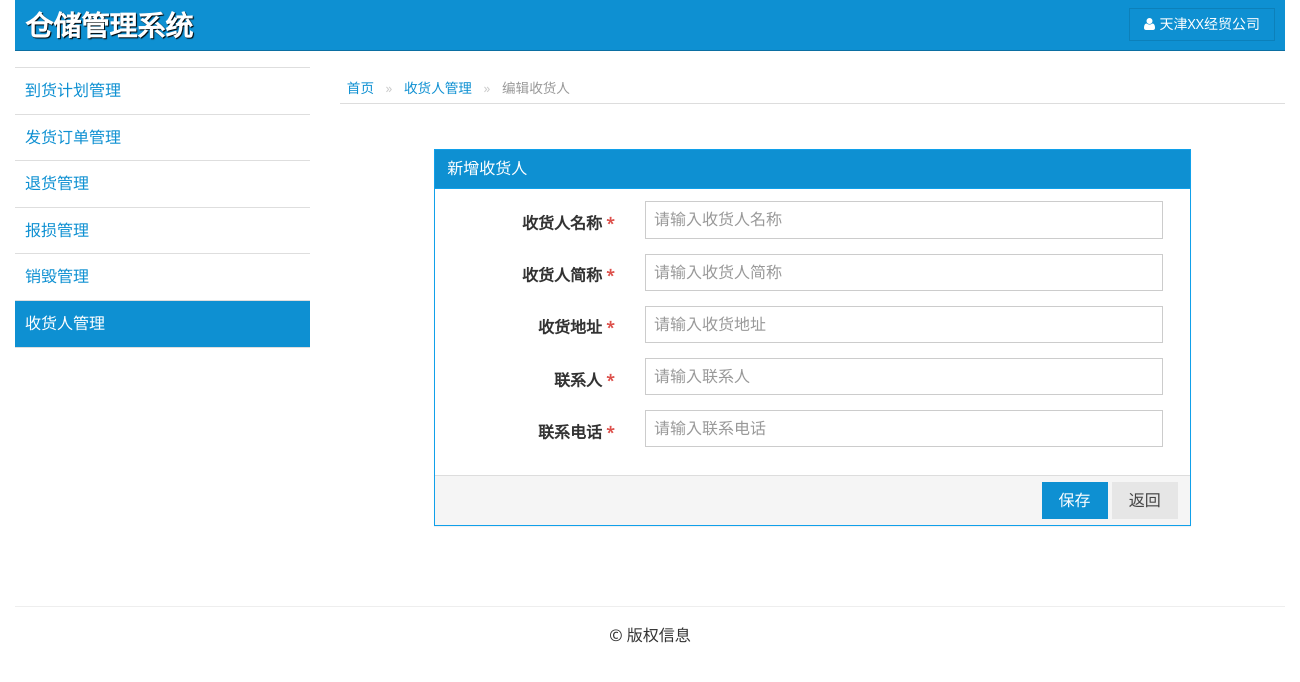
Repository: liuyouth/66
Page: http://localhost/syhz-web/WEB-INF/pages/recipient/edit.jsp
An editor plug-in stored every save of this project. The page is shown before and after the next save, followed by the edit.
The browser window is 1280 px wide. The page is 1300 px wide, so the pictures cover 1300 px, including what lies to the right of the window. The pictures show the whole page.
The page is served by Tomcat 9. Nobody is signed in. Other server files are loaded and not shown. The template is opened directly, without the code that normally fills it, so the values that code supplies are empty.

Above is the page before, as saved 2016-07-05 05:41:59.
Console error: SyntaxError: Unexpected token ';'

### syhz-web/WebContent/WEB-INF/pages/recipient/edit.jsp
<%@ page language="java" contentType="text/html; charset=UTF-8" pageEncoding="UTF-8"%>

<%@ include file="/WEB-INF/pages/inc/common.jspf"%>

</head>
<body class="am-container wm-container">

	<!-- header start -->
	<%@ include file="/WEB-INF/pages/inc/header.jsp"%>
	<!-- header end -->

	<div class="am-g">

		<!-- nav start -->
		<%@ include file="/WEB-INF/pages/inc/nav.jsp"%>
		<!-- nav end -->

		<div class="am-u-sm-9">
			<ol class="am-breadcrumb wm-breadcrumb">
				<li><a href="${basePath}/index/view">首页</a></li>
				<li><a href="${basePath}/recipient/list/view">收货人管理</a></li>
				<li class="am-active">编辑收货人</li>
			</ol>
			<hr class="wm-hr">
			<!-- context start -->
			<div class="am-u-sm-10 am-u-sm-centered">
				<form id="addForm" class="am-form wm-form am-form-horizontal" method="post" >
					<div class="am-panel am-panel-primary wm-panel">
						<div class="am-panel-hd">新增收货人</div>
						<div class="am-panel-bd">
							<div class="am-form-group">
								<label class="am-u-sm-3 am-form-label"> 收货人名称<span
									class="am-text-danger">&nbsp;*</span>
								</label>
								<div class="am-u-sm-9">
									<input type="hidden" name="recipientId" >
									<input type="text" name="recipientName" maxlength="50"
										datatype="*" placeholder="请输入收货人名称">
								</div>
							</div>
							<div class="am-form-group">
								<label class="am-u-sm-3 am-form-label"> 收货人简称<span
									class="am-text-danger">&nbsp;*</span>
								</label>
								<div class="am-u-sm-9">
									<input type="text" name="recipientCode" maxlength="20"
										datatype="*" placeholder="请输入收货人简称">
								</div>
							</div>
							<div class="am-form-group">
								<label class="am-u-sm-3 am-form-label"> 收货地址<span
									class="am-text-danger">&nbsp;*</span>
								</label>
								<div class="am-u-sm-9">
									<input type="text" name="recipientAddress" maxlength="100"
										datatype="*" placeholder="请输入收货地址">
								</div>
							</div>
							<div class="am-form-group">
								<label class="am-u-sm-3 am-form-label"> 联系人<span
									class="am-text-danger">&nbsp;*</span>
								</label>
								<div class="am-u-sm-9">
									<input type="text" name="recipientContact" maxlength="20"
										datatype="*" placeholder="请输入联系人">
								</div>
							</div>
							<div class="am-form-group">
								<label class="am-u-sm-3 am-form-label"> 联系电话<span
									class="am-text-danger">&nbsp;*</span>
								</label>
								<div class="am-u-sm-9">
									<input type="text" name="recipientContactPhone" maxlength="20"
										datatype="*" placeholder="请输入联系电话">
								</div>
							</div>
						</div>
						<footer class="am-panel-footer">
							<div class="am-g">
								<label class="am-u-sm-3 am-form-label"></label>
								<div class="am-u-sm-9" style="text-align: right;">
									<button type="button" id="submitBtn"
										class="am-btn am-btn-primary">保存</button>
									<button type="button" class="am-btn am-btn-default"
										onclick="javascript:history.back(-1);">返回</button>
								</div>
							</div>
						</footer>
					</div>
				</form>
			</div>
			<!-- context end -->
		</div>
	</div>

	<!-- modal start -->
	<%@ include file="/WEB-INF/pages/inc/modal.jsp"%>
	<!-- modal end -->

	<!-- footer start -->
	<%@ include file="/WEB-INF/pages/inc/footer.jsp"%>
	<!-- footer end -->
	<script type="text/javascript">
	var id = ${param.id};
	</script>
	<script type="text/javascript" src="${basePath }/js/app/recipient/edit.js"></script>
</body>
</html>

### syhz-web/WebContent/WEB-INF/pages/inc/common.jspf
<%@ page language="java" pageEncoding="utf-8"%>
<%
	String basePath = request.getContextPath();
	request.setAttribute("basePath", basePath);
%>
<!DOCTYPE html>
<html class="no-js">
<head>
	<meta charset="utf-8">
	<meta http-equiv="X-UA-Compatible" content="IE=edge">
	<meta name="description" content="">
	<meta name="keywords" content="">
	<!--<meta name="viewport" content="width=device-width, initial-scale=1.0, minimum-scale=1.0, maximum-scale=1.0, user-scalable=no">-->
	<title>仓储管理系统</title>
	<!-- Set render engine for 360 browser -->
	<meta name="renderer" content="webkit">
	<!-- No Baidu Siteapp-->
	<meta http-equiv="Cache-Control" content="no-siteapp"/>

	<link rel="stylesheet" href="${basePath }/js/lib/amaze/css/amazeui.min.css">
	<link rel="stylesheet" href="${basePath }/js/lib/amaze/css/app.css">

	<!-- datatables-master -->
	<link rel="stylesheet" href="${basePath }/js/lib/datatables-master/amazeui.datatables.min.css">

	<link rel="stylesheet" href="${basePath }/css/common.css">

	<script type="text/javascript" src="${basePath }/js/lib/jquery/jquery-1.10.0.js"></script>

	<!--[if (gte IE 9)|!(IE)]><!-->
	<script type="text/javascript" src="${basePath }/js/lib/amaze/js/jquery.min.js"></script>
	<!--<![endif]-->
	<!--[if lte IE 8 ]>
	<script type="text/javascript" src="http://cdn.staticfile.org/modernizr/2.8.3/modernizr.js"></script>
	<script type="text/javascript" src="${basePath }/js/lib/amaze/js/amazeui.ie8polyfill.min.js"></script>
	<![endif]-->
	<script type="text/javascript" src="${basePath }/js/lib/amaze/js/amazeui.min.js"></script>

	<!-- My97DatePicker -->
	<script type="text/javascript" src="${basePath }/js/lib/My97DatePicker/WdatePicker.js"></script>

	<!-- datatables-master -->
	<script type="text/javascript" src="${basePath }/js/lib/datatables-master/amazeui.datatables.min.js"></script>

	<!-- jquery form -->
	<script type="text/javascript" src="${basePath }/js/lib/jquery/jquery.form.js"></script>

	<!-- Validform -->
	<script type="text/javascript" src="${basePath }/js/lib/Validform/Validform_v5.3.2.js"></script>
	<script type="text/javascript" src="${basePath }/js/lib/Validform/Validform_Datatype.js"></script>

	<script>
	$.ajaxSetup ({
		cache: false //close AJAX cache
	});
	var basePath = "${basePath}";
	</script>

### syhz-web/WebContent/WEB-INF/pages/inc/header.jsp
<%@ page language="java" contentType="text/html; charset=UTF-8" pageEncoding="UTF-8"%>

<header id="hearderAnchor" class="am-topbar am-topbar-inverse">
	<h1 class="am-topbar-brand" style="color: #fff;">
		<strong style="cursor: pointer;font-size: 28px;text-shadow: 1px 1px 1px #000;">仓储管理系统</strong>
	</h1>
	<div class="am-fr" style="margin-right: 10px;">
		<div class="am-btn-group">
			<div class="am-dropdown" data-am-dropdown>
				<button class="am-btn am-btn-primary am-topbar-btn am-btn-sm am-dropdown-toggle" data-am-dropdown-toggle>
					<span class="am-icon-user"></span> 天津XX经贸公司
				</button>
				<ul class="am-dropdown-content">
					<li>
						<a href="javascript:showEditPasswordModal();">修改密码</a>
					</li>
					<li class="am-divider"></li>
					<li>
						<a href="${basePath}/login/view" >
							<span class="am-icon-power-off"></span> 退出
						</a>
					</li>
				</ul>
			</div>
		</div>
	</div>
</header>

<!-- edit password modal start -->
<div class="am-modal am-modal-prompt" tabindex="-1" id="headerEditPasswordModal">
	<div class="am-modal-dialog">
		<div class="am-modal-hd">修改密码</div>
		<div class="am-modal-bd wm-modal-bd">
			<form id="headerEditPasswordForm" class="am-form am-form-horizontal">
				<div class="am-form-group">
					<label class="am-u-sm-3 am-form-label">
						旧密码<span class="am-text-danger">&nbsp;*</span>
					</label>
					<div class="am-u-sm-9">
						<input type="text" placeholder="请输入旧密码">
					</div>
				</div>
				<div class="am-form-group">
					<label class="am-u-sm-3 am-form-label">
						新密码<span class="am-text-danger">&nbsp;*</span>
					</label>
					<div class="am-u-sm-9">
						<input type="text" placeholder="请输入新密码">
					</div>
				</div>
				<div class="am-form-group">
					<label class="am-u-sm-3 am-form-label">
						密码确认<span class="am-text-danger">&nbsp;*</span>
					</label>
					<div class="am-u-sm-9">
						<input type="text" placeholder="请再次输入新密码">
					</div>
				</div>
			</form>
		</div>
		<div class="am-modal-footer">
			<span class="am-modal-btn wm-modal-cancel-btn" data-am-modal-cancel>取消</span>
			<span class="wm-modal-btn" onclick="javascript:void(0);">确定</span>
		</div>
	</div>
</div>
<!-- edit password modal end -->

<script type="text/javascript" src="${basePath }/js/app/inc/header.js"></script>

### syhz-web/WebContent/WEB-INF/pages/inc/nav.jsp
<%@ page language="java" contentType="text/html; charset=UTF-8" pageEncoding="UTF-8"%>

<div class="am-u-sm-3">
	<ul class="am-list admin-sidebar-list" id="wm-nav">

		<li id="nav-1">
			<a href="javascript:void(0);" onclick="javascript:jumpTo('arrival_plan/list');">
				<span class="am-margin-left-sm">到货计划管理</span>
			</a>
		</li>

		<li id="nav-2">
			<a href="javascript:void(0);" onclick="javascript:jumpTo('deliver_order/list');">
				<span class="am-margin-left-sm">发货订单管理</span>
			</a>
		</li>

		<li id="nav-3">
			<a href="javascript:void(0);" onclick="javascript:jumpTo('return_goods/list');">
				<span class="am-margin-left-sm">退货管理</span>
			</a>
		</li>

		<li id="nav-4">
			<a href="javascript:void(0);" onclick="javascript:jumpTo('damage/list');">
				<span class="am-margin-left-sm">报损管理</span>
			</a>
		</li>

		<li id="nav-5">
			<a href="javascript:void(0);" onclick="javascript:jumpTo('destroy/list');">
				<span class="am-margin-left-sm">销毁管理</span>
			</a>
		</li>

		<li id="nav-6">
			<a href="javascript:void(0);" onclick="javascript:jumpTo('recipient/list');">
				<span class="am-margin-left-sm">收货人管理</span>
			</a>
		</li>

	</ul>
</div>

<script type="text/javascript" src="${basePath }/js/app/inc/nav.js"></script>

### syhz-web/WebContent/WEB-INF/pages/inc/modal.jsp
<%@ page language="java" contentType="text/html; charset=UTF-8" pageEncoding="UTF-8"%>

<div class="am-modal am-modal-alert" tabindex="-1" id="wm-alert">
	<div class="am-modal-dialog">
		<div class="am-modal-hd">
			系统消息
		</div>
		<div class="am-modal-bd">
			<span id="wm-alert-modal-show-msg-span"></span>
		</div>
		<div class="am-modal-footer">
			<span class="am-modal-btn">确定</span>
		</div>
	</div>
</div>

<div class="am-modal am-modal-confirm" tabindex="-1" id="wm-confirm">
	<div class="am-modal-dialog">
		<div class="am-modal-hd">
			系统消息
		</div>
		<div class="am-modal-bd">
			<span id="wm-confirm-modal-show-msg-span"></span>
		</div>
		<div class="am-modal-footer">
			<span class="am-modal-btn wm-modal-cancel-btn" data-am-modal-cancel>取消</span>
			<span class="am-modal-btn" data-am-modal-confirm>确定</span>
		</div>
	</div>
</div>

<div class="am-modal am-modal-loading am-modal-no-btn" tabindex="-1" id="wm-modal-loading">
	<div class="am-modal-dialog">
		<div class="am-modal-hd">处理中，请稍后...</div>
		<div class="am-modal-bd">
			<span class="am-icon-spinner am-icon-spin"></span>
		</div>
	</div>
</div>

<script type="text/javascript" src="${basePath }/js/app/inc/modal.js"></script>

### syhz-web/WebContent/WEB-INF/pages/inc/footer.jsp
<%@ page language="java" contentType="text/html; charset=UTF-8" pageEncoding="UTF-8"%>

<div class="footer" style="height: 100px;margin-top: 50px;">
	<hr>
	<div class="am-g">
		<div class="am-u-sm-6 am-u-sm-centered" style="text-align:center;">
			<p>© 版权信息</p>
		</div>
	</div>
</div>

### syhz-web/WebContent/css/common.css
body {

}

fieldset {
	margin: 0 0 0.7rem 0 !important;
	padding: 0 !important;
}

legend {
	margin: 0 !important;
	padding: 0 !important;
}

textarea {
	resize: none !important;
}

.wm-container {
	width: 100% !important;
	min-width: 1300px !important;
	max-width: 100% !important;
}

.wm-breadcrumb {
	margin: 0 !important;
	padding-bottom: 0;
}

.wm-form {
	padding: 10px 0;
}

.wm-hr {
	margin: 5px 0px !important;
	border-top: 1px solid #ddd;
}

.wm-nav-active {
	background-color: #0e90d2 !important;
}

.wm-nav-active a {
	color: #fff;
}

.wm-modal-bd {
	padding-top: 15px !important;
	border-top: 1px solid #dedede;
}

.wm-modal-btn {
	display: table-cell !important;
	padding: 0 5px;
	height: 44px;
	-webkit-box-sizing: border-box !important;
	box-sizing: border-box !important;
	font-size: 1.6rem;
	line-height: 44px;
	text-align: center;
	color: #0e90d2;
	display: block;
	word-wrap: normal;
	text-overflow: ellipsis;
	white-space: nowrap;
	overflow: hidden;
	cursor: pointer;
	border-right: 1px solid #dedede;
}

.wm-modal-cancel-btn {
	color: #999;
}

.wm-toTop {
	border: 1px solid #DDDDDD;
	width: 46px;
	height: 50px;
	position: fixed;
	bottom: 150px;
	right: 30px;
	z-index: 1009;
	background-color: white;
}

.wm-toTop:HOVER {
	cursor: pointer;
}

.wm-toTop a:HOVER {
	cursor: pointer;
	text-decoration: none;
}

.wm-toTop i {
	color: #DDDDDD;
}

.wm-toTop i:HOVER {
	color: #999;
}

.wm-toTop i:BEFORE {
	font-size: 300%;
	vertical-align: -22%;
}

.wm-table {
	margin-bottom: 0;
}

.wm-panel {
	margin-top: 30px;
}
/* lisi start */
.wm-inner-table-title {
	border-bottom: 1px solid #10a0ea;
}

.wm-inner-table-title-label {
	background-color: #10a0ea;
	color: #fff;
	margin: 0px;
	padding: .6em 1em;
	vertical-align: middle;
	line-height: 1.2;
	outline: 0;
}
/* top view start */
.wm-u-sm-12 {
	margin: 0 !important;
	padding: 0 !important;
}

.wm-grid {
	border: 1px solid #999;
	text-align: center;
	vertical-align: middle;
	float: left;
}

div.wm-grid:HOVER {
	cursor: pointer;
}

.wm-grid-a {
	width: 60px;
	height: 25px;
}

.wm-grid-e1 {
	width: 40px;
	height: 100px;
}

.wm-grid-e2 {
	width: 40px;
	height: 50px;
}

.wm-grid-e3 {
	width: 40px;
	height: 75px;
}

.wm-empty-line {
	height: 25px;
}

.wm-cell-disable {
	background-color: #999;
	color: #fff;
}

.wm-grid-a-cell {
	width: 50%;
	height: 50px;
}

.wm-grid-e1-cell {
	width: 25%;
	height: 50px;
}

.wm-grid-e2-cell {
	width: 50%;
	height: 50px;
}

.wm-grid-e3-cell {
	width: 33.33%;
	height: 50px;
}

.wm-grid-a-cell-split-x {
	width: 50%;
	float: left;
}

.wm-grid-a-cell-split-line-x {
	border-right: thin dashed #999;
}

.wm-grid-a-cell-split-y {
	width: 100%;
	height: 25px;
}

.wm-grid-a-cell-split-line-y {
	border-bottom: thin dashed #999;
}
/* top view end */
[class*=am-icon-] {
	margin-right: 1px;
}

.Validform_checktip {
	/*margin-left: 8px;
	line-height: 20px;
	height: 20px;
	overflow: hidden;
	color: #999;
	font-size: 12px;*/
}

.Validform_right {
	color: #71b83d;
	padding-left: 20px;
	background: url(../images/right.png) no-repeat left center;
}

.Validform_wrong {
	color: red;
	padding-left: 20px;
	white-space: nowrap;
	background: url(../images/error.png) no-repeat left center;
}

.Validform_loading {
	padding-left: 20px;
	background: url(../images/onLoad.gif) no-repeat left center;
}

.Validform_error {
	background-color: #ffe7e7;
}

#Validform_msg {
	color: #7d8289;
	font: 12px/1.5 tahoma, arial, \5b8b\4f53, sans-serif;
	width: 280px;
	-webkit-box-shadow: 2px 2px 3px #aaa;
	-moz-box-shadow: 2px 2px 3px #aaa;
	background: #fff;
	position: absolute;
	top: 0px;
	right: 50px;
	z-index: 99999;
	display: none;
	filter: progid:DXImageTransform.Microsoft.Shadow(Strength=3, Direction=135,
		Color='#999999');
}

#Validform_msg .iframe {
	position: absolute;
	left: 0px;
	top: -1px;
	z-index: -1;
}

#Validform_msg .Validform_title {
	line-height: 25px;
	height: 25px;
	text-align: left;
	font-weight: bold;
	padding: 0 8px;
	color: #fff;
	position: relative;
	background-color: #000;
}

#Validform_msg a.Validform_close:link, #Validform_msg a.Validform_close:visited
	{
	line-height: 22px;
	position: absolute;
	right: 8px;
	top: 0px;
	color: #fff;
	text-decoration: none;
}

#Validform_msg a.Validform_close:hover {
	color: #cc0;
}

#Validform_msg .Validform_info {
	padding: 8px;
	border: 1px solid #000;
	border-top: none;
	text-align: left;
}
/* lisi end */

/* mujianling start */
/* mujianling end */

### syhz-web/WebContent/js/app/inc/header.js
function showEditPasswordModal() {
	$('#headerEditPasswordForm').form('clear');
	$('#headerEditPasswordModal').modal('open');
}

### syhz-web/WebContent/js/app/inc/nav.js
function toggleNav(f, s, t) {
	if (t != 0 && s != 0) {
		$("#nav-" + f).collapse('toggle');
		$("#nav-" + f + "-" + s).collapse('toggle');
		$("#nav-" + f + "-" + s + "-" + t).addClass("wm-nav-active");
	} else {
		if (s != 0) {
			$("#nav-" + f).collapse('toggle');
			$("#nav-" + f + "-" + s).addClass("wm-nav-active");
		} else {
			$("#nav-" + f).addClass("wm-nav-active");
		}
	}
}
function jumpTo(p) {
	window.location.href = basePath + "/" + p + "/view";
}

### syhz-web/WebContent/js/app/inc/modal.js
function alertWm(msg, okfn) {
	$("#wm-alert-modal-show-msg-span").text(msg);
	$('#wm-alert').on('closed.modal.amui', function() {
		if (okfn != undefined) {
			okfn();
		}
	});
	$('#wm-alert').modal('open');
}

function confirmWm(msg, okfn, ngfn) {
	$("#wm-confirm-modal-show-msg-span").text(msg);
	$('#wm-confirm').modal({
		relatedTarget : this,
		onConfirm : function(options) {
			if (okfn != undefined) {
				okfn();
			}
		},
		onCancel : function() {
			if (ngfn != undefined) {
				ngfn();
			}
		}
	});
	$('#wm-confirm').modal('open');
}

function showLoadingWm() {
	$('#wm-modal-loading').modal('open');
}

function hideLoadingWm() {
	$('#wm-modal-loading').modal('close');
}

### syhz-web/WebContent/js/app/recipient/edit.js
$(function() {
	// 切换导航状态
	toggleNav(6, 0, 0);
	read();
	//初始化验证插件
	$valid = $("#addForm").Validform({
		btnSubmit:"#submitBtn",
		tiptype:4,
		ignoreHidden:true,
		dragonfly:false,
		tipSweep:false,
		showAllError:true,
		postonce:true,
		ajaxPost:false,
		datatype:{

		},
		usePlugin:{
		},
		beforeCheck:function(curform){
			//在表单提交执行验证之前执行的函数，curform参数是当前表单对象。
			//这里明确return false的话将不会继续执行验证操作;
		},
		beforeSubmit:function(curform){
			//在验证成功后，表单提交前执行的函数，curform参数是当前表单对象。
			//这里明确return false的话表单将不会提交;
			upDate();
			return false;
		},
		callback:function(data){
			//返回数据data是json对象，{"info":"demo info","status":"y"}
			//info: 输出提示信息;
			//status: 返回提交数据的状态,是否提交成功。如可以用"y"表示提交成功，"n"表示提交失败，在ajax_post.php文件返回数据里自定字符，主要用在callback函数里根据该值执行相应的回调操作;
			//你也可以在ajax_post.php文件返回更多信息在这里获取，进行相应操作；
			//ajax遇到服务端错误时也会执行回调，这时的data是{ status:**, statusText:**, readyState:**, responseText:** }；

			//这里执行回调操作;
			//注意：如果不是ajax方式提交表单，传入callback，这时data参数是当前表单对象，回调函数会在表单验证全部通过后执行，然后判断是否提交表单，如果callback里明确return false，则表单不会提交，如果return true或没有return，则会提交表单。
		}
	});
});
function read(){
	$.ajax({
		url : basePath + "/recipient/read",
		data : {
			recipientId : id
		},
		dataType : "json",
		type : "post",
		success : function(data) {
			if (data.success) {
				$("#addForm").form('load', data.msg[0]);
			} else {
				alert(data.msg);
			}
		},

		error : function() {
			alert("请求失败");
		}
	});
}
function upDate(){
	$.ajax({
		url : basePath + "/recipient/update",
		data : $("#addForm").serialize(),
		dataType : "json",
		type : "post",
		success : function(data) {
			if (data.success) {
				alert("保存成功！");
			} else {
				alert(data.msg);
			}
		},

		error : function() {
			alert("请求失败");
		}
	});
}

### syhz-web/WebContent/js/lib/My97DatePicker/skin/WdatePicker.css
.Wdate {
	border: #999 1px solid;
	height: 20px;
	background: #fff url(datePicker.gif) no-repeat right;
}

.wm-Wdate {
	background: #fff url(datePicker.gif) no-repeat right !important;
}

.WdateFmtErr {
	font-weight: bold;
	color: red;
}

Loaded but not shown: syhz-web/WebContent/js/lib/amaze/css/amazeui.min.css (library); syhz-web/WebContent/js/lib/amaze/css/app.css (common file); syhz-web/WebContent/js/lib/datatables-master/amazeui.datatables.min.css (library); syhz-web/WebContent/js/lib/jquery/jquery-1.10.0.js (library); syhz-web/WebContent/js/lib/amaze/js/jquery.min.js (library); syhz-web/WebContent/js/lib/amaze/js/amazeui.min.js (library); syhz-web/WebContent/js/lib/My97DatePicker/WdatePicker.js (library); syhz-web/WebContent/js/lib/datatables-master/amazeui.datatables.min.js (library); syhz-web/WebContent/js/lib/Validform/Validform_v5.3.2.js (library); syhz-web/WebContent/js/lib/Validform/Validform_Datatype.js (library); syhz-web/WebContent/js/lib/jquery/jquery.form.js (no copy from this time; the picture is the same without it)

After the next save:
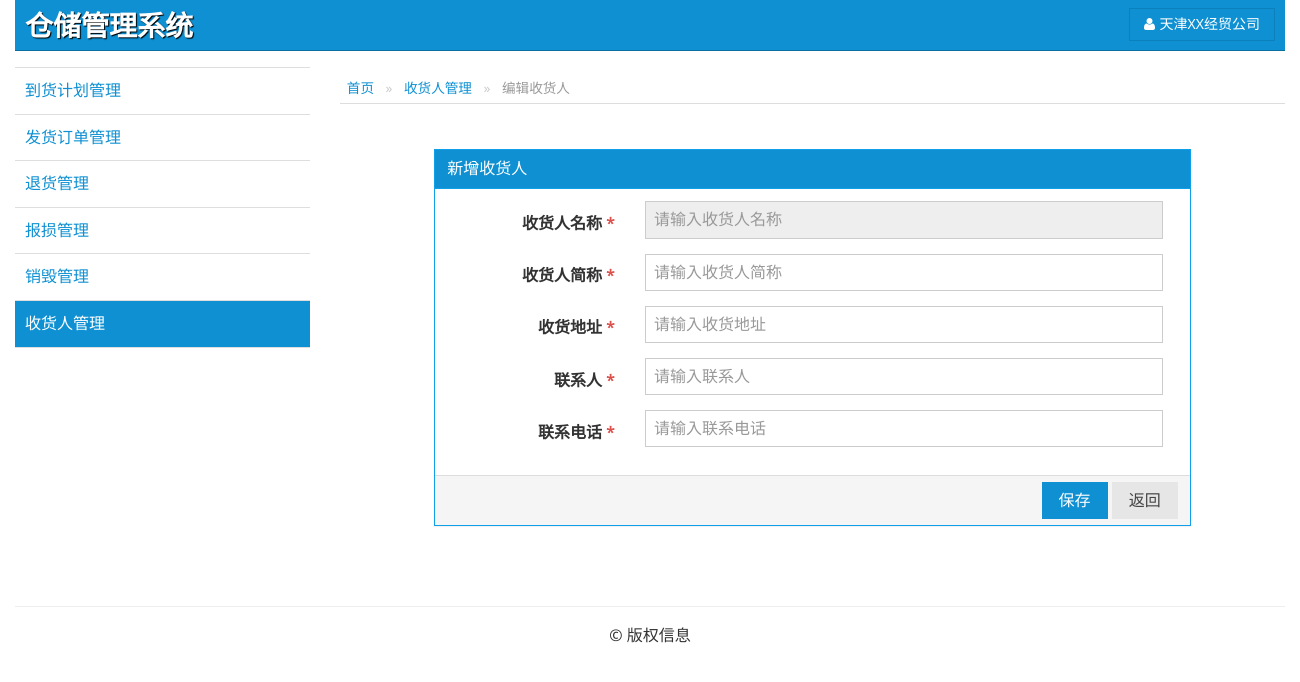
Saved 7 min 38 s later.
--- a/syhz-web/WebContent/WEB-INF/pages/recipient/edit.jsp
+++ b/syhz-web/WebContent/WEB-INF/pages/recipient/edit.jsp
@@ -34,7 +34,7 @@
 								</label>
 								<div class="am-u-sm-9">
 									<input type="hidden" name="recipientId" >
-									<input type="text" name="recipientName" maxlength="50"
+									<input type="text" name="recipientName" maxlength="50" disabled
 										datatype="*" placeholder="请输入收货人名称">
 								</div>
 							</div>
